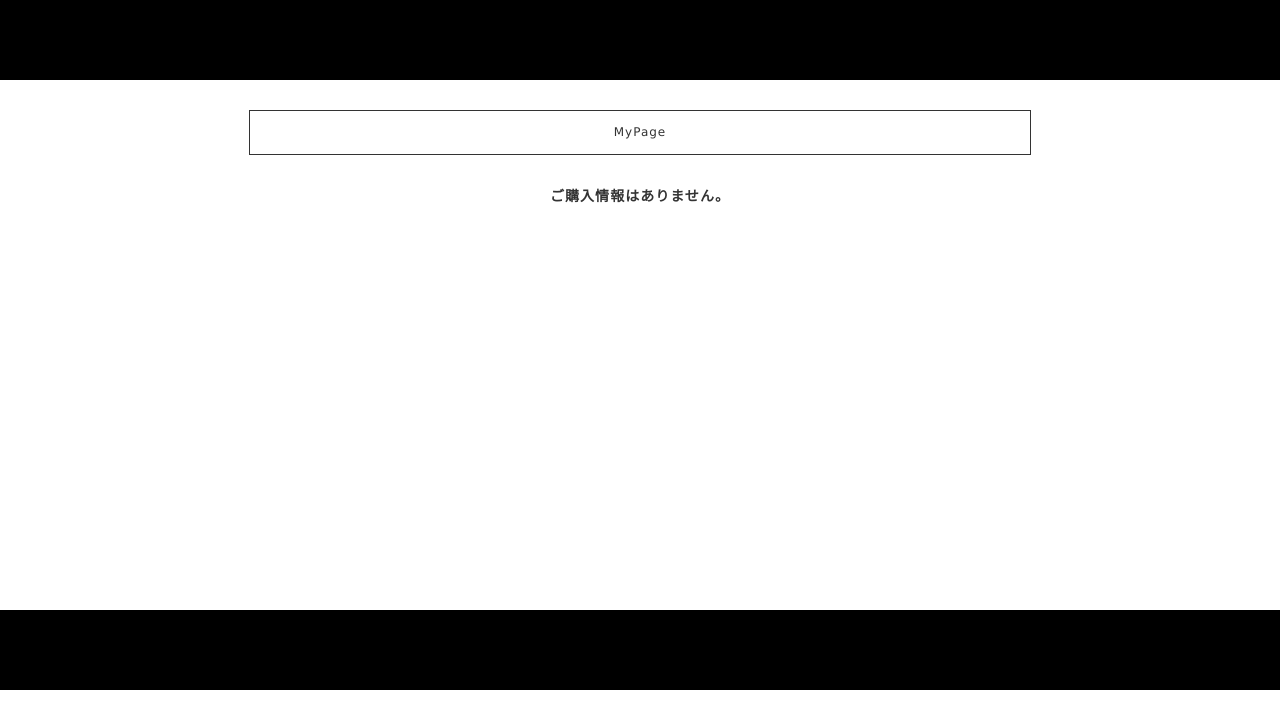
Repository: sh-sh-1110/test
Page: http://localhost/ecsite/myPage.jsp
The author's editor kept a copy of each file at every save. The page is drawn from the files as they stood at one save, then again after the next save.
The browser window is 1280 px wide. The pictures show the whole page.
The page is served by Tomcat 9.

Above is the page before, as saved 2019-10-23 11:22:54.

After the next save:
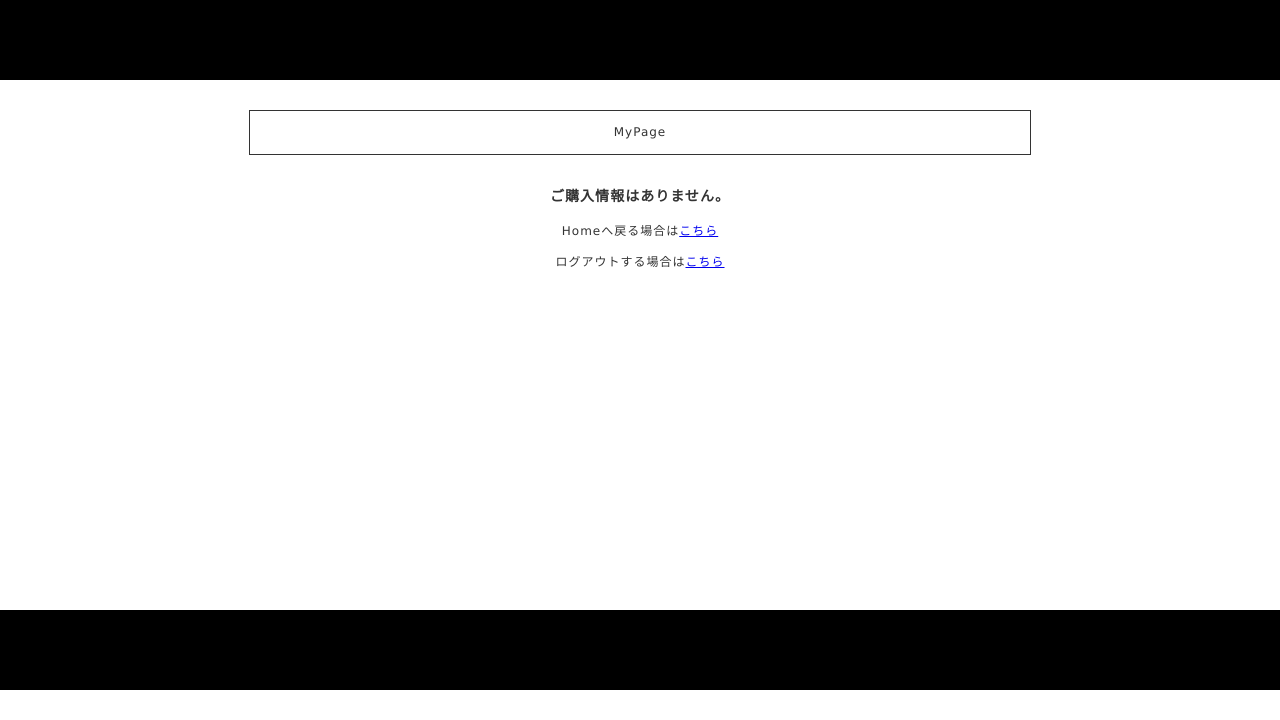
Saved 81 s later.
--- a/ecsite/WebContent/myPage.jsp
+++ b/ecsite/WebContent/myPage.jsp
@@ -53,6 +53,11 @@
 			<h3><s:property value="message"/></h3>
 		</s:if>
 
+		<div id="text-right">
+			<p>Homeへ戻る場合は<a href='<s:url action="GoHomeAction"/>'>こちら</a></p>
+			<p>ログアウトする場合は<a href='<s:url action="LogoutAction"/>'>こちら</a></p>
+		</div>
+
 	</div>
 
 </div>
